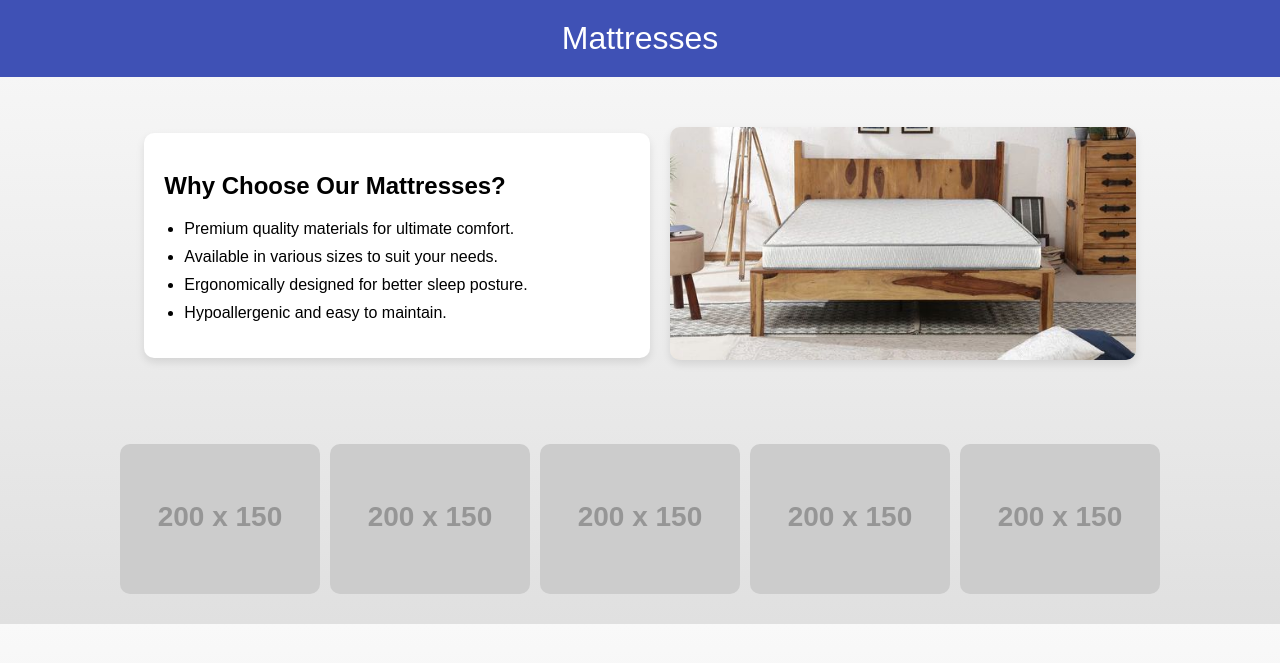
Repository: nadafgroup/rashidgadiUI
Page: src/pillow.html
The author's editor kept a copy of each file at every save. The page is drawn from the files as they stood at one save, then again after the next save.
The browser window is 1280 px wide. The pictures show the whole page.

Above is the page before, as saved 2025-01-23 15:22:49.

### src/pillow.html
<!DOCTYPE html>
<html lang="en">
<head>
    <meta charset="UTF-8">
    <meta name="viewport" content="width=device-width, initial-scale=1.0">
    <title>Mattresses</title>
   <link rel="stylesheet" href="./products.css">
</head>
<body>
    <header>Mattresses</header>

    <div class="container">
        <div class="info">
            <h2>Why Choose Our Mattresses?</h2>
            <ul>
                <li>Premium quality materials for ultimate comfort.</li>
                <li>Available in various sizes to suit your needs.</li>
                <li>Ergonomically designed for better sleep posture.</li>
                <li>Hypoallergenic and easy to maintain.</li>

            </ul>
        </div>

        <div class="image-container">
            <img src="../../assets/img/Mattresses.jpg" alt="Mattress">
        </div>
    </div>

    <div class="gallery">
        <img src="https://via.placeholder.com/200x150" alt="Gallery Image 1">
        <img src="https://via.placeholder.com/200x150" alt="Gallery Image 2">
        <img src="https://via.placeholder.com/200x150" alt="Gallery Image 3">
        <img src="https://via.placeholder.com/200x150" alt="Gallery Image 4">
        <img src="https://via.placeholder.com/200x150" alt="Gallery Image 5">
    </div>
</body>
</html>

### src/products.css

body {
    margin: 0;
    font-family: Arial, sans-serif;
    display: flex;
    flex-direction: column;
    align-items: center;
    background: linear-gradient(to bottom, #f9f9f9, #e0e0e0);
}

header {
    width: 100%;
    text-align: center;
    padding: 20px 0;
    background-color: #3f51b5;
    color: white;
    font-size: 2rem;
    animation: fadeIn 1.5s;
}

.container {
    display: flex;
    flex-direction: row;
    justify-content: center;
    align-items: center;
    padding: 50px;
    gap: 20px;
}

.info {
    flex: 1;
    padding: 20px;
    background: white;
    border-radius: 10px;
    box-shadow: 0 4px 8px rgba(0, 0, 0, 0.1);
    animation: slideInLeft 1s;
}

.info ul {
    list-style: disc;
    padding-left: 20px;
}

.info ul li {
    margin: 10px 0;
}

.image-container {
    flex: 1;
    animation: slideInRight 1s;
}

.image-container img {
    width: 100%;
    border-radius: 10px;
    box-shadow: 0 4px 8px rgba(0, 0, 0, 0.1);
}

.gallery {
    width: 90%;
    margin: 30px auto;
    display: flex;
    flex-wrap: wrap;
    gap: 10px;
    justify-content: center;
    animation: fadeIn 1.5s;
}

.gallery img {
    width: 200px;
    height: 150px;
    object-fit: cover;
    border-radius: 10px;
    transition: transform 0.3s;
}

.gallery img:hover {
    transform: scale(1.1);
}

@keyframes fadeIn {
    from { opacity: 0; }
    to { opacity: 1; }
}

@keyframes slideInLeft {
    from { transform: translateX(-100%); }
    to { transform: translateX(0); }
}

@keyframes slideInRight {
    from { transform: translateX(100%); }
    to { transform: translateX(0); }
}

After the next save:
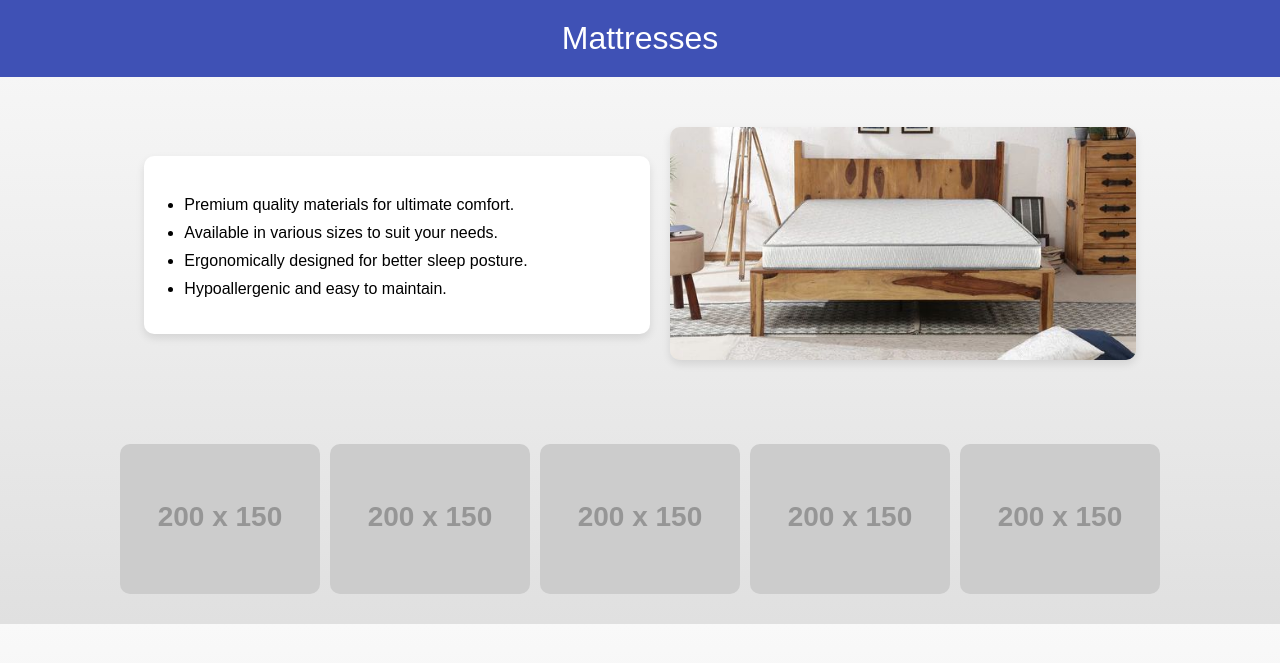
Saved 30 s later.
--- a/src/pillow.html
+++ b/src/pillow.html
@@ -11,7 +11,7 @@
 
     <div class="container">
         <div class="info">
-            <h2>Why Choose Our Mattresses?</h2>
+            <h2></h2>
             <ul>
                 <li>Premium quality materials for ultimate comfort.</li>
                 <li>Available in various sizes to suit your needs.</li>
